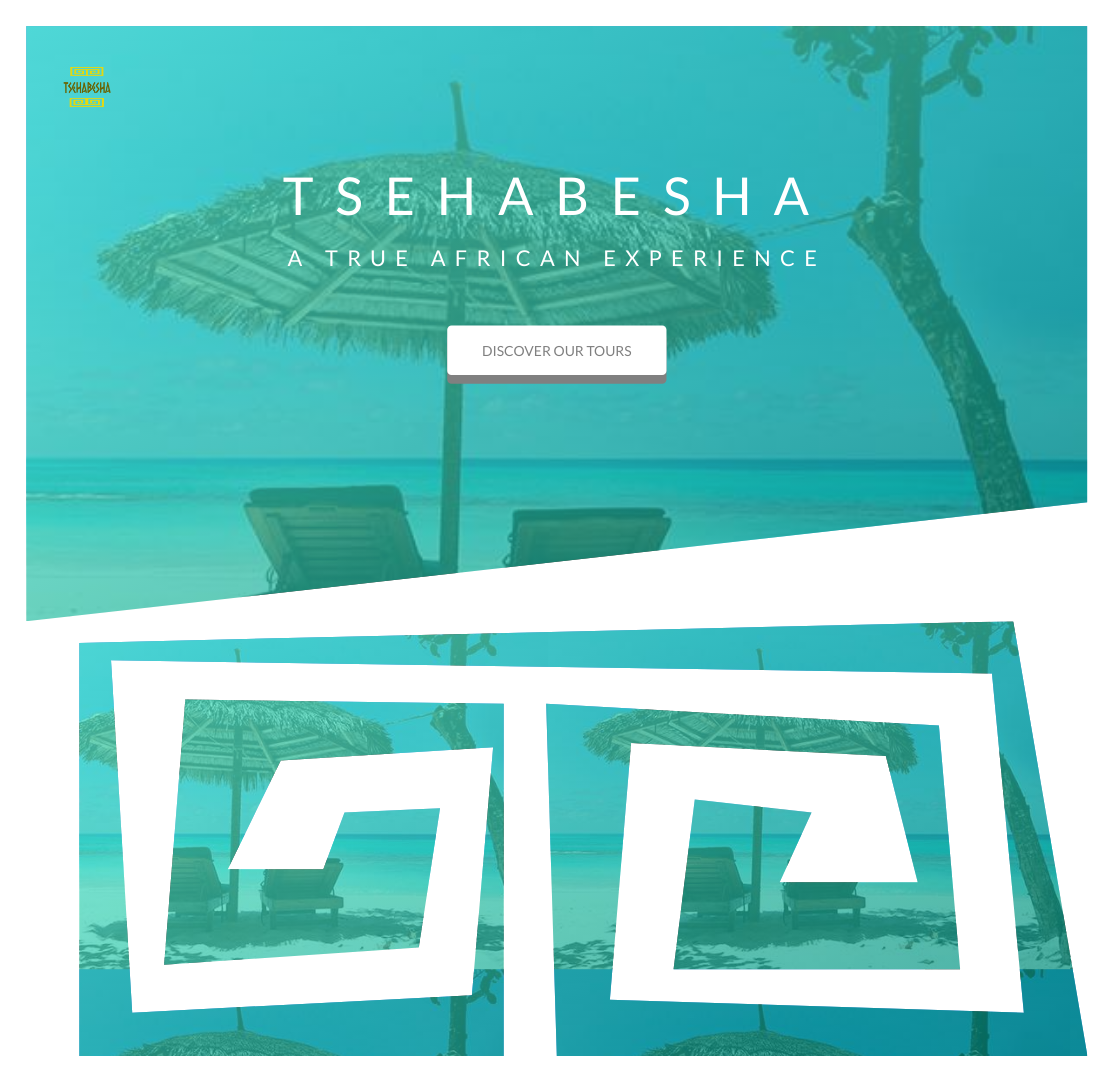
Repository: Azariagmt/tour-and-travel
Page: index.html
These files come from the project's save history. The page is drawn as it stood at one moment and after the next save; the edit follows.
The browser window is 1280 px wide. The pictures show the whole page, at 87% of full size.
The pointer rests on the first visible `.btn`.

Above is the page before, as saved 2020-03-24 23:54:04.

After the next save:
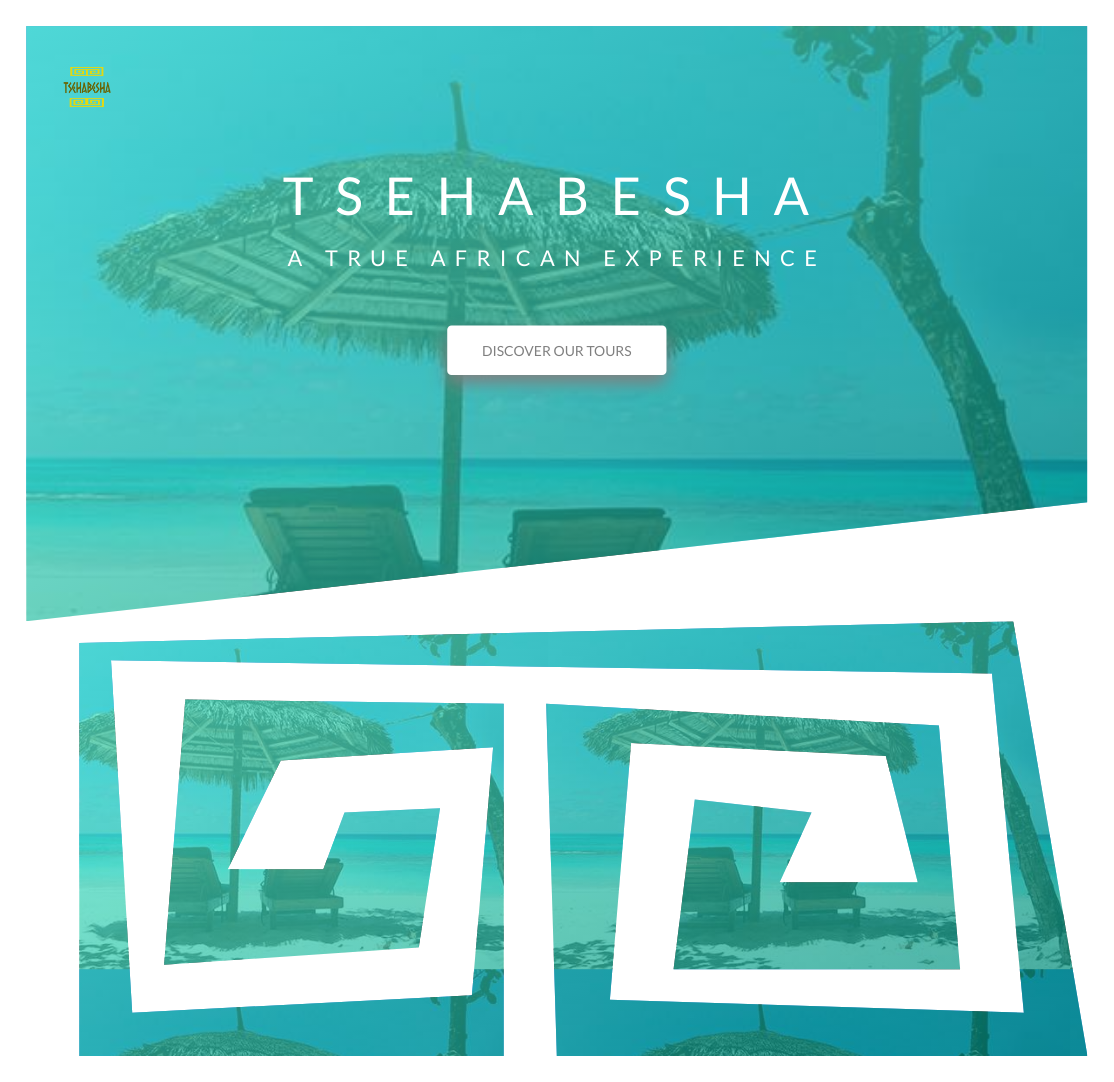
Saved 15 s later.
--- a/css/style.css
+++ b/css/style.css
@@ -106,7 +106,7 @@ transform: translateX(-100px);
 
 .btn:hover{
   transform: translateY(-3px);
-  box-shadow: 0 10px;
+  box-shadow: 0 10px 20px;
 }
 
 .btn:active{
